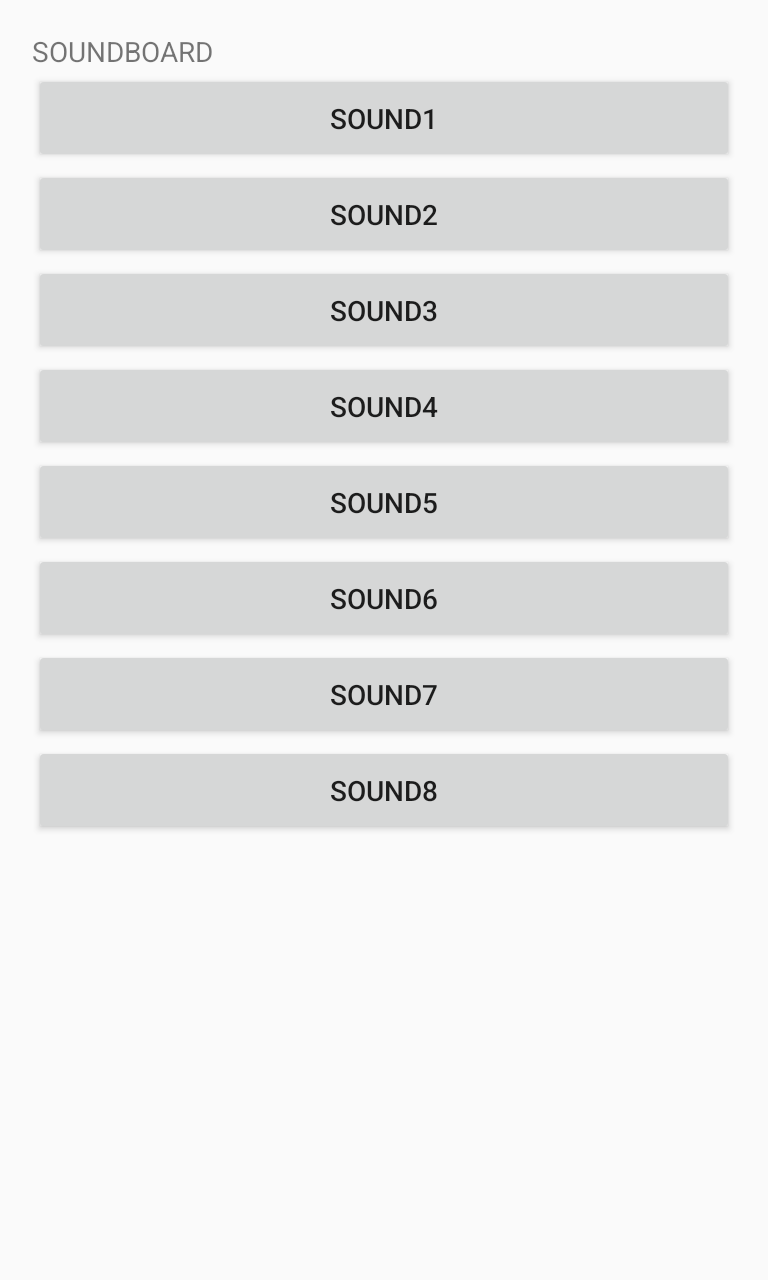
Repository: SoundBoardJAMJ/Project
Layout: workspace/soundtest/res/layout/fragment_main.xml
An editor plug-in stored every save of this project. The layout is shown before and after the next save, followed by the edit.
It is drawn on a 768 x 1280 px phone screen (xhdpi) without system bars, with theme AppTheme; the app's code is not run.

Above is the layout before, as saved 2014-04-28 23:12:40.

After the next save:
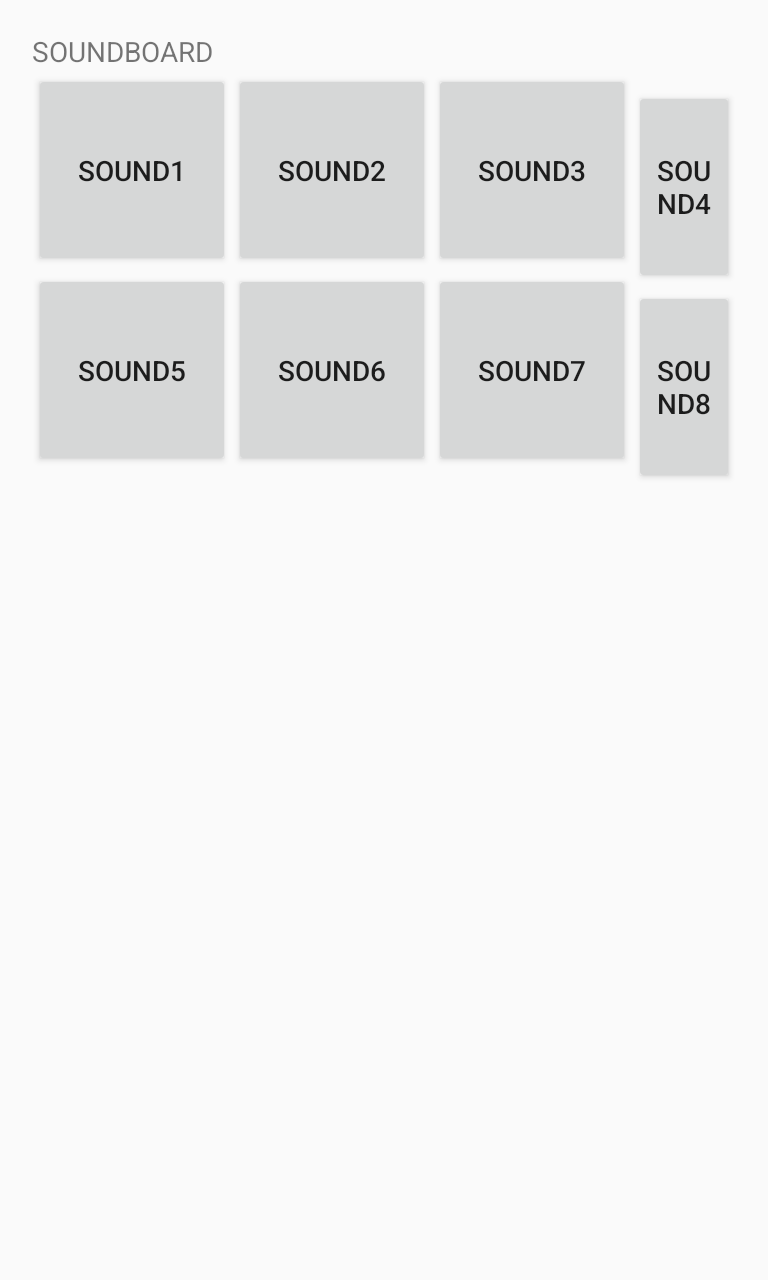
Saved 7 min 58 s later.
--- a/workspace/soundtest/res/layout/fragment_main.xml
+++ b/workspace/soundtest/res/layout/fragment_main.xml
@@ -19,76 +19,82 @@ android:layout_height="match_parent" >
         android:text="SOUNDBOARD" />
 
     <Button
-        android:id="@+id/button5"
-        android:layout_width="match_parent"
-        android:layout_height="wrap_content"
-        android:layout_alignLeft="@+id/button4"
-        android:layout_below="@+id/button4"
-        android:onClick="ButtonOnClick"
-        android:text="sound5" />
-
-    <Button
-        android:id="@+id/button6"
-        android:layout_width="match_parent"
-        android:layout_height="wrap_content"
-        android:layout_alignParentLeft="true"
-        android:layout_below="@+id/button5"
-        android:onClick="ButtonOnClick"
-        android:text="sound6" />
-
-    <Button
-        android:id="@+id/button7"
-        android:layout_width="match_parent"
-        android:layout_height="wrap_content"
-        android:layout_alignParentLeft="true"
-        android:layout_below="@+id/button6"
-        android:onClick="ButtonOnClick"
-        android:text="sound7" />
-
-    <Button
-        android:id="@+id/button8"
-        android:layout_width="match_parent"
-        android:layout_height="wrap_content"
-        android:layout_alignLeft="@+id/button7"
-        android:layout_below="@+id/button7"
-        android:onClick="ButtonOnClick"
-        android:text="sound8" />
-
-    <Button
         android:id="@+id/button1"
-        android:layout_width="match_parent"
-        android:layout_height="wrap_content"
+        android:layout_width="100dp"
+        android:layout_height="100dp"
         android:layout_alignLeft="@+id/textView1"
         android:layout_below="@+id/textView1"
         android:onClick="ButtonOnClick"
         android:text="sound1" />
 
     <Button
-        android:id="@+id/button2"
-        android:layout_width="match_parent"
-        android:layout_height="wrap_content"
-        android:layout_alignLeft="@+id/button1"
-        android:layout_below="@+id/button1"
-        android:onClick="ButtonOnClick"
-        android:text="sound2" />
-
-    <Button
         android:id="@+id/button3"
-        android:layout_width="match_parent"
-        android:layout_height="wrap_content"
-        android:layout_alignLeft="@+id/button2"
-        android:layout_below="@+id/button2"
+        android:layout_width="100dp"
+        android:layout_height="100dp"
+        android:layout_alignBaseline="@+id/button2"
+        android:layout_alignBottom="@+id/button2"
+        android:layout_toRightOf="@+id/button2"
         android:onClick="ButtonOnClick"
         android:text="sound3" />
 
     <Button
         android:id="@+id/button4"
-        android:layout_width="match_parent"
-        android:layout_height="wrap_content"
-        android:layout_alignLeft="@+id/button3"
-        android:layout_below="@+id/button3"
+        android:layout_width="100dp"
+        android:layout_height="100dp"
+        android:layout_alignBaseline="@+id/button3"
+        android:layout_alignBottom="@+id/button3"
+        android:layout_toRightOf="@+id/button3"
         android:onClick="ButtonOnClick"
         android:text="sound4" />
 
+    <Button
+        android:id="@+id/button2"
+        android:layout_width="100dp"
+        android:layout_height="100dp"
+        android:layout_alignBaseline="@+id/button1"
+        android:layout_alignBottom="@+id/button1"
+        android:layout_toRightOf="@+id/button1"
+        android:onClick="ButtonOnClick"
+        android:text="sound2" />
+
+    <Button
+        android:id="@+id/button5"
+        android:layout_width="100dp"
+        android:layout_height="100dp"
+        android:layout_below="@+id/button1"
+        android:layout_toLeftOf="@+id/button2"
+        android:onClick="ButtonOnClick"
+        android:text="sound5" />
+
+    <Button
+        android:id="@+id/button6"
+        android:layout_width="100dp"
+        android:layout_height="100dp"
+        android:layout_alignBaseline="@+id/button5"
+        android:layout_alignBottom="@+id/button5"
+        android:layout_toLeftOf="@+id/button3"
+        android:onClick="ButtonOnClick"
+        android:text="sound6" />
+
+    <Button
+        android:id="@+id/button7"
+        android:layout_width="100dp"
+        android:layout_height="100dp"
+        android:layout_alignBaseline="@+id/button6"
+        android:layout_alignBottom="@+id/button6"
+        android:layout_toLeftOf="@+id/button4"
+        android:onClick="ButtonOnClick"
+        android:text="sound7" />
+
+    <Button
+        android:id="@+id/button8"
+        android:layout_width="100dp"
+        android:layout_height="100dp"
+        android:layout_alignBaseline="@+id/button7"
+        android:layout_alignBottom="@+id/button7"
+        android:layout_alignLeft="@+id/button4"
+        android:onClick="ButtonOnClick"
+        android:text="sound8" />
+
 </RelativeLayout>
 </ScrollView>
